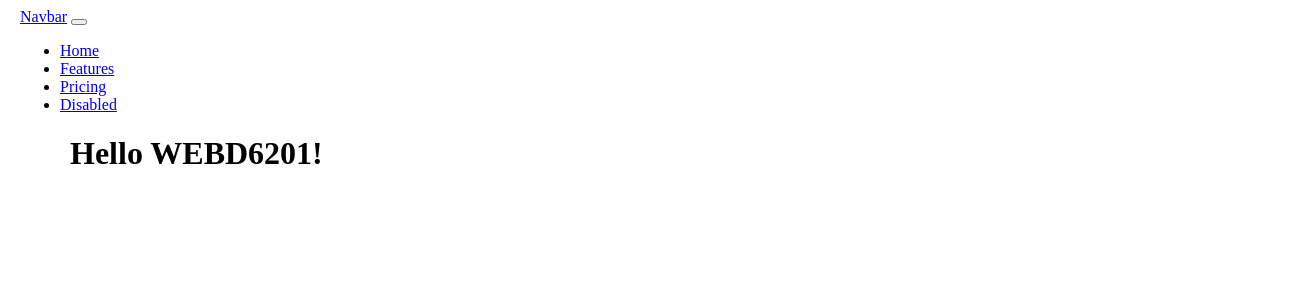
Repository: GarlicButterBoy/WEBD6201-Week1
Page: index.html
These files come from the project's save history. The page is drawn as it stood at one moment and after the next save; the edit follows.
The browser window is 1280 px wide. The page is 1296 px wide, so the pictures cover 1296 px, including what lies to the right of the window. The pictures show the whole page.

Above is the page before, as saved 2021-01-14 09:18:15.

After the next save:
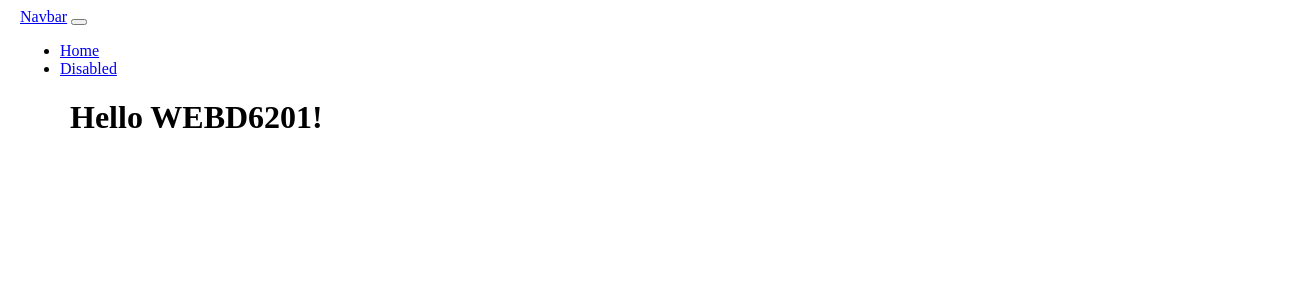
Saved 103 s later.
--- a/index.html
+++ b/index.html
@@ -24,12 +24,6 @@
                 <a class="nav-link active" aria-current="page" href="#">Home</a>
               </li>
               <li class="nav-item">
-                <a class="nav-link" href="#">Features</a>
-              </li>
-              <li class="nav-item">
-                <a class="nav-link" href="#">Pricing</a>
-              </li>
-              <li class="nav-item">
                 <a class="nav-link disabled" href="#" tabindex="-1" aria-disabled="true">Disabled</a>
               </li>
             </ul>
